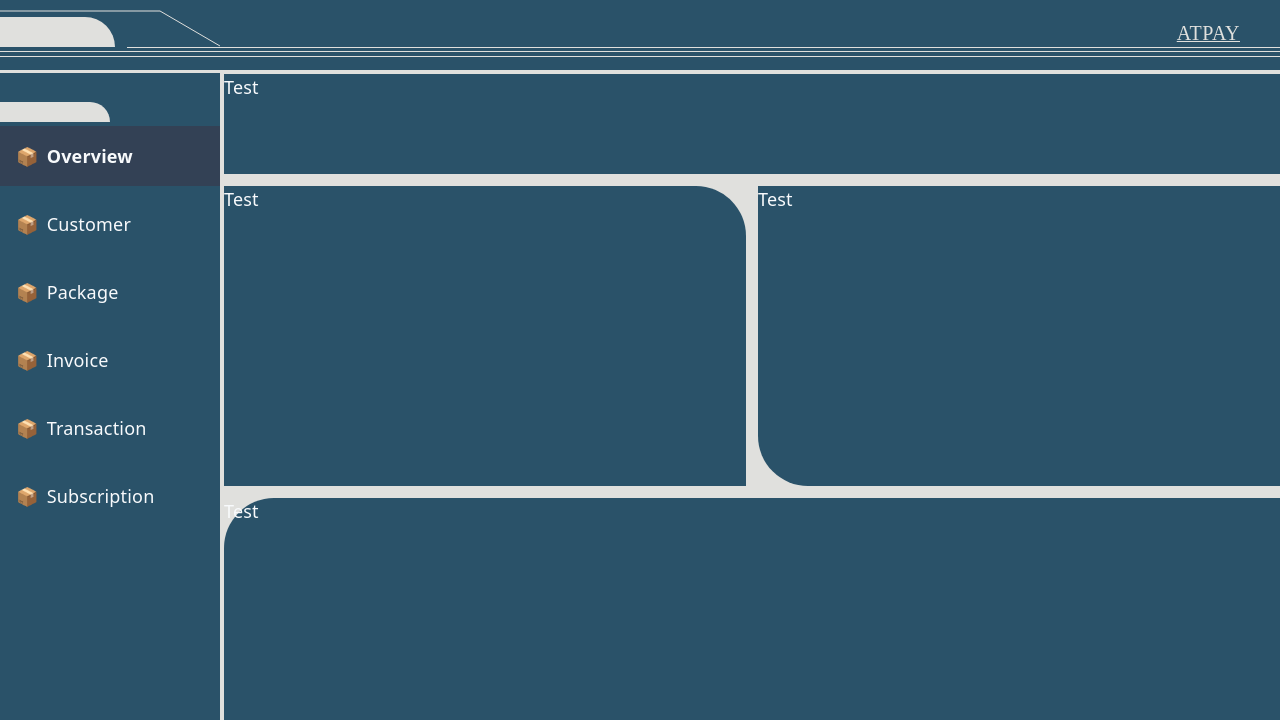
Repository: Farazdaq/stripe-payment-integration
Page: /dashboard (app in stripe-integration-react-dashboard/)
These files come from the project's save history. The page is drawn as it stood at one moment and after the next save; the edit follows.
The browser window is 1280 px wide. The pictures show the whole page.
An inner scrolling area shows only its first screen. Some web fonts or font styles are not loaded; a fallback is used. The project was rebuilt for these pictures with package versions that can differ from the ones it lists, and the page was loaded fresh each time. Also part of the build but not shown: stripe-integration-react-dashboard/vite.config.ts, stripe-integration-react-dashboard/src/App.css, stripe-integration-react-dashboard/src/features/dashboard/pages/Customer.tsx, stripe-integration-react-dashboard/src/features/dashboard/pages/Package.tsx, stripe-integration-react-dashboard/src/features/dashboard/pages/Invoice.tsx, stripe-integration-react-dashboard/src/features/dashboard/pages/Transaction.tsx, stripe-integration-react-dashboard/src/features/dashboard/pages/Subscription.tsx.

Above is the page before, as saved 2026-05-12 17:16:43.

### stripe-integration-react-dashboard/index.html
<!doctype html>
<html lang="en">
  <head>
    <meta charset="UTF-8" />
    <link rel="icon" type="image/svg+xml" href="/favicon.svg" />
    <meta name="viewport" content="width=device-width, initial-scale=1.0" />
    <title>web-app</title>
  </head>
  <body>
    <div id="root"></div>
    <script type="module" src="/src/main.tsx"></script>
  </body>
</html>

### stripe-integration-react-dashboard/src/index.css
@import url("https://fonts.googleapis.com/css2?family=Chonburi&display=swap");
@tailwind base;
@tailwind components;
@tailwind utilities;

/* =========================
   THEME VARIABLES
========================= */
:root {
  --text: #6b6375;
  --text-h: #08060d;
  --bg: #ffffff;
  --border: #e5e4e7;
  --code-bg: #f4f3ec;

  --accent: #aa3bff;
  --accent-bg: rgba(170, 59, 255, 0.1);
  --accent-border: rgba(170, 59, 255, 0.5);

  --social-bg: rgba(244, 243, 236, 0.5);

  --shadow:
    rgba(0, 0, 0, 0.1) 0 10px 15px -3px, rgba(0, 0, 0, 0.05) 0 4px 6px -2px;

  --sans: system-ui, "Segoe UI", Roboto, sans-serif;
  --heading: system-ui, "Segoe UI", Roboto, sans-serif;
  --mono: ui-monospace, Consolas, monospace;
}

/* =========================
   DARK MODE (system-based)
   ⚠️ later you can replace with .dark class
========================= */
@media (prefers-color-scheme: dark) {
  :root {
    --text: #9ca3af;
    --text-h: #f3f4f6;
    --bg: #16171d;
    --border: #2e303a;
    --code-bg: #1f2028;

    --accent: #c084fc;
    --accent-bg: rgba(192, 132, 252, 0.15);
    --accent-border: rgba(192, 132, 252, 0.5);

    --social-bg: rgba(47, 48, 58, 0.5);

    --shadow:
      rgba(0, 0, 0, 0.4) 0 10px 15px -3px, rgba(0, 0, 0, 0.25) 0 4px 6px -2px;
  }
}

/* =========================
   ROOT FIX (IMPORTANT)
   THIS FIXES YOUR LAYOUT ISSUE
========================= */
#root {
  width: 100%;
  min-height: 100vh;
  margin: 0;
  display: flex;
  flex-direction: column;
  box-sizing: border-box;
}

/* =========================
   GLOBAL RESET
========================= */
body {
  margin: 0;
  background: var(--bg);
  color: var(--text);
  font: 18px/145% var(--sans);
  letter-spacing: 0.18px;
  -webkit-font-smoothing: antialiased;
  -moz-osx-font-smoothing: grayscale;
}

/* =========================
   TYPOGRAPHY
========================= */
h1,
h2 {
  font-family: var(--heading);
  font-weight: 500;
  color: var(--text-h);
}

h1 {
  font-size: 56px;
  letter-spacing: -1.68px;
  margin: 32px 0;
}

h2 {
  font-size: 24px;
  line-height: 118%;
  letter-spacing: -0.24px;
  margin: 0 0 8px;
}

p {
  margin: 0;
}

/* =========================
   CODE BLOCKS
========================= */
code,
.counter {
  font-family: var(--mono);
  display: inline-flex;
  border-radius: 4px;
  color: var(--text-h);
}

code {
  font-size: 15px;
  line-height: 135%;
  padding: 4px 8px;
  background: var(--code-bg);
}

### stripe-integration-react-dashboard/src/App.tsx
import "./App.css";
import { RouterProvider } from "react-router-dom";
import { router } from "./routes";
import { ThemeProvider } from "./theme/ThemeProvider";
import "./i18n/i18n";

function App() {
  return (
    <ThemeProvider>
      <RouterProvider router={router} />
    </ThemeProvider>
  );
}

export default App;

### stripe-integration-react-dashboard/src/routes.tsx
import { createBrowserRouter } from "react-router-dom"; // Import the necessary components for routing
import DashboardLayout from "./features/dashboard/layout/DashboardLayout"; // Import the layout component for the dashboard, which will be used as a wrapper for the child routes.

// Define the router configuration using createBrowserRouter
// The router is structured as follows:
// - The root path ("/") uses the DashboardLayout component as its element.
// - The DashboardLayout component has child routes
// - The index route ("/") renders the DashboardPage component.

export const router = createBrowserRouter([
  // MAIN APP
  {
    path: "/",
    element: "App page",
  },

  // DASHBOARD
  {
    path: "/dashboard",
    element: <DashboardLayout />,
  },
]);

### stripe-integration-react-dashboard/src/theme/ThemeProvider.tsx
import { useState } from "react";
import type { ReactNode } from "react";
import { themes } from "./theme.config";
import { ThemeContext, type ThemeMode } from "./theme.context";

type Props = {
  children: ReactNode;
};

export function ThemeProvider({ children }: Props) {
  const [mode, setMode] = useState<ThemeMode>("dark");

  const theme = themes[mode];

  return (
    <ThemeContext.Provider value={{ mode, setMode, theme }}>
      <div
        style={{
          backgroundColor: theme.colors.bg,
          color: theme.colors.text,
          minHeight: "100vh",
          transition: "0.3s ease",
        }}
      >
        {children}
      </div>
    </ThemeContext.Provider>
  );
}

### stripe-integration-react-dashboard/src/i18n/i18n.ts
import i18n from "i18next";
import { initReactI18next } from "react-i18next";

import en from "./locales/en.json";
import ar from "./locales/ar.json";

i18n.use(initReactI18next).init({
  resources: {
    en: { translation: en },
    ar: { translation: ar },
  },

  lng: "en",
  fallbackLng: "en",

  interpolation: {
    escapeValue: false,
  },
});

export default i18n;

### stripe-integration-react-dashboard/src/features/dashboard/layout/DashboardLayout.tsx
import { useState } from "react";
import { useTheme } from "../../../theme/useTheme";

import {
  Navbar,
  Sidebar,
  Overview,
  Customer,
  Package,
  Invoice,
  Transaction,
  Subscription,
} from "./export.ts";

export default function DashboardLayout() {
  const { theme } = useTheme();
  const [activePage, setActivePage] = useState("overview");

  return (
    <div
      className="flex flex-col w-screen h-screen overflow-hidden"
      style={{
        backgroundColor: theme.colors.bg,
      }}
    >
      {/* TOP NAVBAR */}
      <div className="shrink-0">
        <Navbar />
      </div>

      {/* BODY */}
      <div className="flex flex-1 min-h-0 overflow-hidden">
        {/* SIDEBAR */}
        <div className="h-full shrink-0">
          <Sidebar active={activePage} setActive={setActivePage} />
        </div>

        {/* MAIN CONTENT */}
        <main className="flex-1 h-full overflow-y-auto overflow-x-hidden pt-1 pl-1">
          <div className="min-h-full">
            {activePage === "overview" && <Overview />}
            {activePage === "customer" && <Customer />}
            {activePage === "package" && <Package />}
            {activePage === "invoice" && <Invoice />}
            {activePage === "transaction" && <Transaction />}
            {activePage === "subscription" && <Subscription />}
          </div>
        </main>
      </div>
    </div>
  );
}

### stripe-integration-react-dashboard/src/theme/theme.config.ts
export const themes = {
  light: {
    colors: {
      bg: "#f9fafb",
      text: "#111827",
      containerCopBackgroundColor: "#2A5269",
      borderColor: "#111827",
      sidebar: "#ffffff",
      navbar: "#ffffff",
      border: "#e5e7eb",
    },
  },

  dark: {
    colors: {
      bg: "#E0E0DD",
      text: "#f8fafc",
      containerCopBackgroundColor: "#2A5269",
      borderColor: "#111827",
      sidebar: "#2A5269",
      navbar: "#2A5269",
      border: "#334155",
    },
  },
};

### stripe-integration-react-dashboard/src/theme/theme.context.ts
import { createContext } from "react";
import { themes } from "./theme.config";

export type ThemeMode = "light" | "dark";

// 👇 infer theme structure from your config
export type Theme = (typeof themes)["light"];

export type ThemeContextType = {
  mode: ThemeMode;
  setMode: (mode: ThemeMode) => void;
  theme: Theme;
};

export const ThemeContext = createContext<ThemeContextType | null>(null);

### stripe-integration-react-dashboard/src/i18n/locales/en.json
{
  "dashboard": {
    "title": "Dashboard"
  },
  "sidebar": {
    "users": "Users"
  }
}

### stripe-integration-react-dashboard/src/i18n/locales/ar.json
{
  "dashboard": {
    "title": "لوحة التحكم"
  },
  "sidebar": {
    "users": "المستخدمين"
  }
}

### stripe-integration-react-dashboard/src/theme/useTheme.ts
import { useContext } from "react";
import { ThemeContext } from "./theme.context";

export function useTheme() {
  const context = useContext(ThemeContext);

  if (!context) {
    throw new Error("useTheme must be used inside ThemeProvider");
  }

  return context;
}

### stripe-integration-react-dashboard/src/features/dashboard/layout/export.ts
export { default as Navbar } from "./Navbar";
export { default as Sidebar } from "./Sidebar/Sidebar";

export { default as Overview } from "../pages/Overview";
export { default as Customer } from "../pages/Customer";
export { default as Package } from "../pages/Package";
export { default as Invoice } from "../pages/Invoice";
export { default as Transaction } from "../pages/Transaction";
export { default as Subscription } from "../pages/Subscription";

### stripe-integration-react-dashboard/src/features/dashboard/layout/Navbar.tsx
import { useTheme } from "../../../theme/useTheme";
import ThemeSwitch from "../../../components/ThemeSwitch";
import LanguageDropdown from "../../../components/LanguageDropdown";
import LineShaper from "../../../components/LineShaper";
import LineDivider from "../../../components/LineDivider";

export default function Navbar() {
  const { theme } = useTheme();

  return (
    <div
      className="relative w-screen h-[40px] md:h-[50px] lg:h-[70px]"
      style={{
        paddingTop: "10px",
        background: theme.colors.navbar,
      }}
    >
      {/* Title */}
      <p
        className="absolute right-10 top-5 text-[20px] underline underline-offset-1 decoration-[1px] tracking-wide font-['Chonburi']"
        style={{ color: "#E0E0DD" }}
      >
        ATPAY
      </p>

      <div className="flex flex-col gap-1 md:gap-1">
        <div style={{ height: "3px", overflow: "visible" }}>
          <LineDivider
            color="#E0E0DD"
            thickness="1px"
            points={[{ x: 0, y: 0 }, { x: 160, y: 0 }, { d: 35 }]}
          />

          <div className="ml-[9.9%] mb-1">
            <LineDivider color="#E0E0DD" thickness="1px" />
          </div>
        </div>

        <LineShaper
          color="#E0E0DD"
          thickness={30}
          length={"9%"}
          radiusRightTop={50}
        />

        <LineDivider color="#E0E0DD" thickness="0.9px" />
        <LineDivider color="#E0E0DD" thickness="0.9px" />
      </div>
    </div>
  );
}

### stripe-integration-react-dashboard/src/features/dashboard/layout/Sidebar/Sidebar.tsx
import LineShaper from "../../../../components/LineShaper";
import { useTheme } from "../../../../theme/useTheme";
import { sidebarItems } from "./sidebar.config";

type SidebarItem = {
  key: string;
  label: string;
};

type SidebarProps = {
  active: string;
  setActive: (key: string) => void;
};

export default function Sidebar({ active, setActive }: SidebarProps) {
  const { theme } = useTheme();

  return (
    <div
      className="w-[80px] md:w-[220px] min-h-screen pt-[4vh] mt-[0.4vh] py-2.5 transition-all duration-300 shrink-0"
      style={{ background: theme.colors.sidebar }}
    >
      <LineShaper
        color="#E0E0DD"
        thickness={20}
        length={"50%"}
        marginBottom={4}
        radiusRightTop={50}
      />
      {sidebarItems.map((item: SidebarItem) => {
        const isActive = active === item.key;

        return (
          <div key={item.key} className="flex">
            <button
              onClick={() => setActive(item.key)}
              className="w-full mb-2 cursor-pointer flex items-center justify-center md:justify-start gap-0 md:gap-2 p-3 md:p-4 transition-all duration-200"
              style={{
                background: isActive ? theme.colors.border : "transparent",
                color: theme.colors.text,
                fontWeight: isActive ? "600" : "400",
              }}
            >
              {/* Icon */}
              <span className="text-2xl md:text-lg flex items-center justify-center w-full md:w-auto">
                📦
              </span>

              {/* Label */}
              <div className="hidden md:inline text-base lg:text-lg">
                {item.label}
              </div>
            </button>
          </div>
        );
      })}
    </div>
  );
}

### stripe-integration-react-dashboard/src/features/dashboard/pages/Overview.tsx
import { useTranslation } from "react-i18next";
import ContainerComp from "../../../components/ContainerComp";
import LineChartComp from "../../../components/LineChartComp";

function MockComponent() {
  return <div>Test</div>;
}
export default function Overview() {
  const { t } = useTranslation();

  return (
    <div className="flex flex-col gap-3 md:gap-3 pt-[0.3px] md:pt-[0.3px]">
      {/* Top containers */}
      <ContainerComp height={100} componentDisplay={<MockComponent />} />

      {/* Bottom horizontal containers */}
      <div className="flex flex-col md:flex-row gap-3 md:gap-3">
        <div className="flex-1">
          <ContainerComp
            radiusRightTop={50}
            height={300}
            componentDisplay={<MockComponent />}
          />
        </div>

        <div className="flex-1">
          <ContainerComp
            radiusLeftBottom={50}
            height={300}
            componentDisplay={<MockComponent />}
          />
        </div>
      </div>
      <ContainerComp
        radiusLeftTop={50}
        height={456}
        componentDisplay={<MockComponent />}
      />
    </div>
  );
}

### stripe-integration-react-dashboard/src/components/LineShaper.tsx
type LineShaperProps = {
  color?: string;
  radiusLeftTop?: number;
  radiusLeftBottom?: number;
  radiusRightTop?: number;
  radiusRightBottom?: number;
  thickness?: number;
  length?: number | string;

  // NEW OPTIONAL MARGINS
  marginTop?: number | string;
  marginBottom?: number | string;
  marginLeft?: number | string;
  marginRight?: number | string;
};

export default function LineShaper({
  color = "#000",
  radiusLeftTop = 0,
  radiusLeftBottom = 0,
  radiusRightTop = 0,
  radiusRightBottom = 0,
  thickness = 2,
  length = "100%",

  marginTop,
  marginBottom,
  marginLeft,
  marginRight,
}: LineShaperProps) {
  return (
    <div
      style={{
        backgroundColor: color,
        height: thickness,
        width: length,

        borderTopLeftRadius: radiusLeftTop,
        borderBottomLeftRadius: radiusLeftBottom,
        borderTopRightRadius: radiusRightTop,
        borderBottomRightRadius: radiusRightBottom,

        // Only apply margins if passed
        ...(marginTop !== undefined && { marginTop }),
        ...(marginBottom !== undefined && { marginBottom }),
        ...(marginLeft !== undefined && { marginLeft }),
        ...(marginRight !== undefined && { marginRight }),
      }}
    />
  );
}

### stripe-integration-react-dashboard/src/components/LineDivider.tsx
type Point = {
  x?: number | string; // allow "100%"
  y?: number;
  d?: number; // relative vertical movement
};

type LineDividerProps = {
  color?: string;
  thickness?: string;
  width?: string;
  margin?: string;
  style?: React.CSSProperties;
  points?: Point[];
};

export default function LineDivider({
  color = "red",
  thickness = "2px",
  width = "100%",
  margin = "0",
  style = {},
  points,
}: LineDividerProps) {
  // If no points → simple divider
  if (!points || points.length === 0) {
    return (
      <div
        style={{
          height: thickness,
          width,
          backgroundColor: color,
          margin,
          ...style,
        }}
      />
    );
  }

  // Convert relative points (d) into absolute x,y
  const computedPoints: { x: number | string; y: number }[] = [];

  points.forEach((p, i) => {
    if (i === 0) {
      computedPoints.push({
        x: p.x ?? 0,
        y: p.y ?? 0,
      });
    } else {
      const prev = computedPoints[i - 1];

      computedPoints.push({
        x: p.x ?? (typeof prev.x === "number" ? prev.x + 60 : prev.x),
        y: p.d !== undefined ? prev.y + p.d : (p.y ?? prev.y),
      });
    }
  });

  // ⭐ AUTO‑EXTEND LAST POINT TO 100% WIDTH
  const last = computedPoints[computedPoints.length - 1];
  computedPoints.push({
    x: "100%",
    y: last.y,
  });

  // Calculate bounds
  const ys = computedPoints.map((p) => p.y);
  const minY = Math.min(...ys);
  const maxY = Math.max(...ys);

  const lineThickness = parseFloat(thickness) || 2;
  const svgHeight = maxY - minY + lineThickness * 2;

  // Build SVG path
  const path = computedPoints
    .map((p, i) => {
      const x = p.x;
      const y = p.y - minY + lineThickness;
      return `${i === 0 ? "M" : "L"} ${x} ${y}`;
    })
    .join(" ");

  return (
    <svg
      width="100%"
      height={svgHeight}
      preserveAspectRatio="none"
      style={{ display: "block", margin, ...style }}
    >
      <path d={path} stroke={color} strokeWidth={lineThickness} fill="none" />
    </svg>
  );
}

### stripe-integration-react-dashboard/src/features/dashboard/layout/Sidebar/sidebar.config.ts
export const sidebarItems = [
  {
    key: "overview",
    label: "Overview",
  },

  {
    key: "customer",
    label: "Customer",
  },
  {
    key: "package",
    label: "Package",
  },
  {
    key: "invoice",
    label: "Invoice",
  },
  {
    key: "transaction",
    label: "Transaction",
  },
  {
    key: "subscription",
    label: "Subscription",
  },
];

### stripe-integration-react-dashboard/src/components/ContainerComp.tsx
import { useTheme } from "../theme/useTheme";

type ContainerCompProps = {
  width?: number;
  height?: number;
  radiusAll?: number;
  radiusLeftTop?: number;
  radiusLeftBottom?: number;
  radiusRightTop?: number;
  radiusRightBottom?: number;
  background?: string;
  borderColor?: string;
  border?: boolean;
  stroke?: number;
  componentDisplay: React.ReactNode;
};

export default function ContainerComp({
  width,
  height,
  radiusAll,
  radiusLeftTop,
  radiusLeftBottom,
  radiusRightTop,
  radiusRightBottom,
  background,
  borderColor,
  border,
  stroke,
  componentDisplay: ComponentDisplay,
}: ContainerCompProps) {
  const { theme } = useTheme();
  const style: React.CSSProperties = {
    width,
    height,
    background: background
      ? background
      : theme.colors.containerCopBackgroundColor,
    border: border
      ? `${stroke ?? 1}px solid ${borderColor ? borderColor : theme.colors.borderColor}`
      : undefined,
    borderTopLeftRadius: radiusLeftTop ?? radiusAll,
    borderBottomLeftRadius: radiusLeftBottom ?? radiusAll,
    borderTopRightRadius: radiusRightTop ?? radiusAll,
    borderBottomRightRadius: radiusRightBottom ?? radiusAll,
  };

  return (
    <div data-testid="container1" style={style}>
      {ComponentDisplay}
    </div>
  );
}

Loaded but not shown: stripe-integration-react-dashboard/src/main.tsx (common file); stripe-integration-react-dashboard/tailwind.config.js (common file)

After the next save:
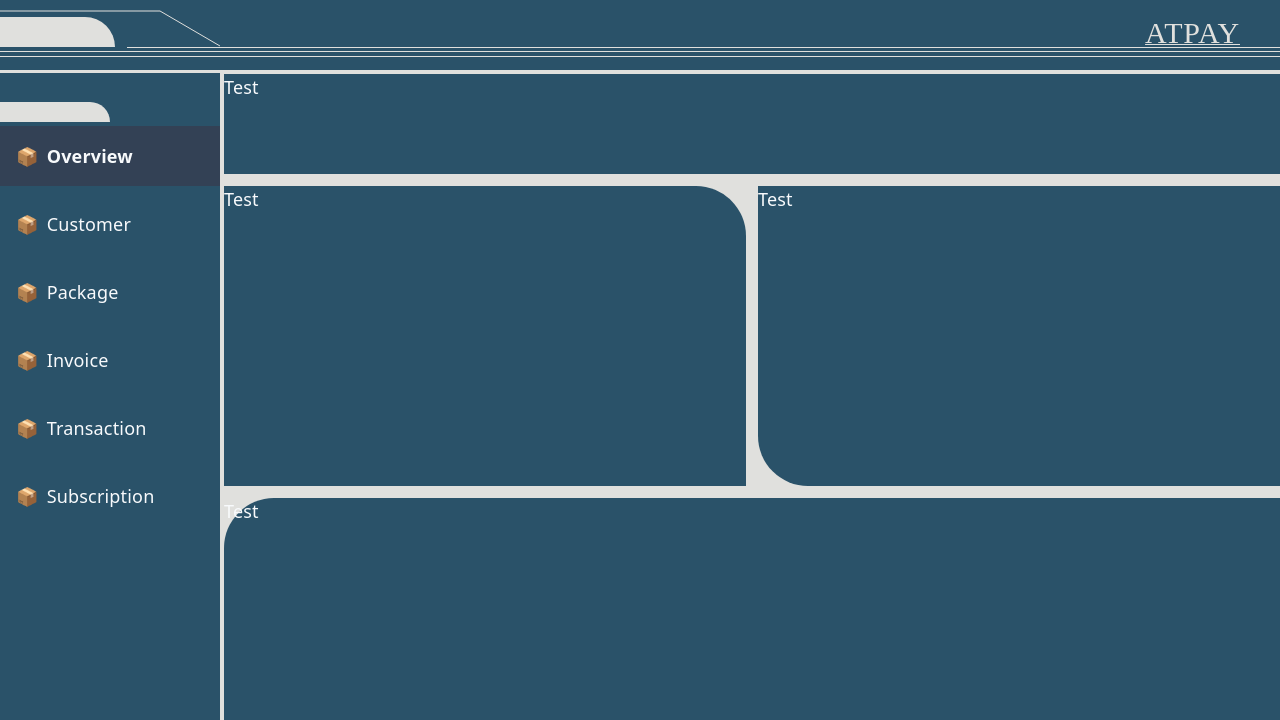
Saved 15 s later.
--- a/stripe-integration-react-dashboard/src/features/dashboard/layout/Navbar.tsx
+++ b/stripe-integration-react-dashboard/src/features/dashboard/layout/Navbar.tsx
@@ -17,7 +17,7 @@ export default function Navbar() {
     >
       {/* Title */}
       <p
-        className="absolute right-10 top-5 text-[20px] underline underline-offset-1 decoration-[1px] tracking-wide font-['Chonburi']"
+        className="absolute right-10 top-5 text-[30px] underline underline-offset-1 decoration-[1px] tracking-wide font-['Chonburi']"
         style={{ color: "#E0E0DD" }}
       >
         ATPAY
